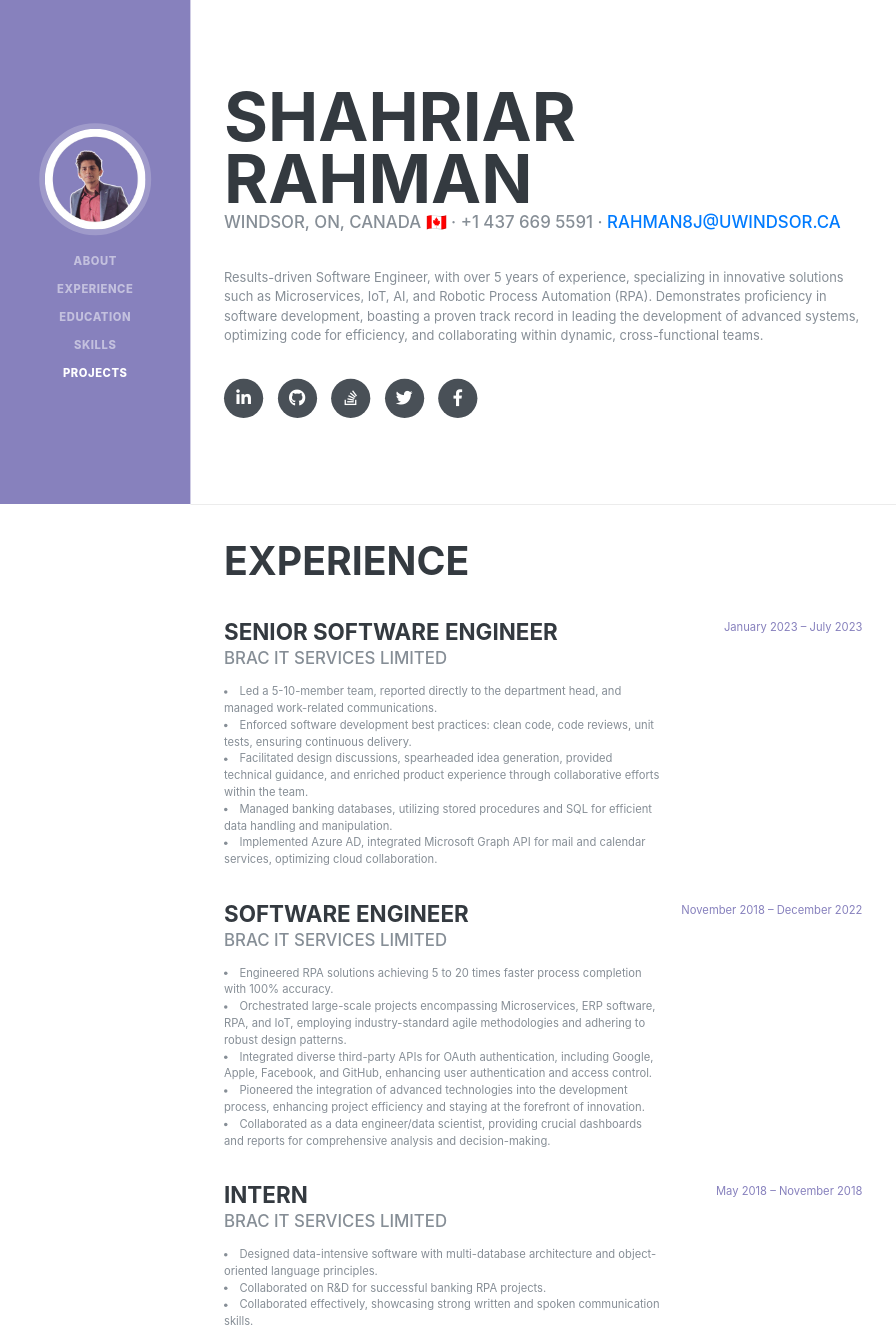
Repository: xahin96/xahin96.github.io
Page: index.html
These files come from the project's save history. The page is drawn as it stood at one moment and after the next save; the edit follows.
The browser window is 1280 px wide. The pictures show the part of the page from y = 0 to 1920 px (the page is 5317 px tall), at 70% of full size.
Some web fonts or font styles are not loaded; a fallback is used.

Above is the page before, as saved 2024-04-27 12:14:30.

### index.html
<!DOCTYPE html>
<html lang="en">

<head>

  <meta charset="utf-8">
  <meta name="viewport" content="width=device-width, initial-scale=1, shrink-to-fit=no">
  <meta name="description" content="">
  <meta name="author" content="">

  <title>Shahriar Rahman</title>
  <link rel="icon" type="image/x-icon" href="img/profile.png">


  <!-- Bootstrap core CSS -->
  <link href="vendor/bootstrap/css/bootstrap.min.css" rel="stylesheet">

  <!-- Custom fonts for this template -->
  <link href="https://fonts.googleapis.com/css?family=Saira+Extra+Condensed:500,700" rel="stylesheet">
  <link href="https://fonts.googleapis.com/css?family=Muli:400,400i,800,800i" rel="stylesheet">
  <link href="vendor/fontawesome-free/css/all.min.css" rel="stylesheet">

  <!-- Custom styles for this template -->
  <link href="css/resume.min.css" rel="stylesheet">

</head>

<body id="page-top">

  <nav class="navbar navbar-expand-lg navbar-dark bg-primary fixed-top" id="sideNav">
    <a class="navbar-brand js-scroll-trigger" href="#page-top">
      <span class="d-block d-lg-none">Shahriar Rahman</span>
      <span class="d-none d-lg-block">
        <img class="img-fluid img-profile rounded-circle mx-auto mb-2" src="img/profile.jpg" alt="">
      </span>
    </a>
    <button class="navbar-toggler" type="button" data-toggle="collapse" data-target="#navbarSupportedContent" aria-controls="navbarSupportedContent" aria-expanded="false" aria-label="Toggle navigation">
      <span class="navbar-toggler-icon"></span>
    </button>
    <div class="collapse navbar-collapse" id="navbarSupportedContent">
      <ul class="navbar-nav">
        <li class="nav-item">
          <a class="nav-link js-scroll-trigger" href="#about">About</a>
        </li>
        <li class="nav-item">
          <a class="nav-link js-scroll-trigger" href="#experience">Experience</a>
        </li>
        <li class="nav-item">
          <a class="nav-link js-scroll-trigger" href="#education">Education</a>
        </li>
        <li class="nav-item">
          <a class="nav-link js-scroll-trigger" href="#skills">Skills</a>
        </li>
        <li class="nav-item">
          <a class="nav-link js-scroll-trigger" href="#projects">Projects</a>
        </li>
        <!-- <li class="nav-item">
          <a class="nav-link js-scroll-trigger" href="#interests">Interests</a>
        </li> -->
       <!--  <li class="nav-item">
          <a class="nav-link js-scroll-trigger" href="#awards">Achievements</a>
        </li> -->
      </ul>
    </div>
  </nav>

  <div class="container-fluid p-0">

    <section class="resume-section p-3 p-lg-5 d-flex align-items-center" id="about">
      <div class="w-100">
        <h1 class="mb-0">Shahriar
          <span class="mb-0">Rahman</span>
        </h1>
        <div class="subheading mb-5">Windsor, ON, Canada 🇨🇦 · +1 437 669 5591 ·
          <a href="mailto:shahriar.rahmanzahin@gmail.com">rahman8j@uwindsor.ca</a>
        </div>
        <p class="lead mb-5">Results-driven Software Engineer, with over 5 years of experience, specializing in innovative solutions such as Microservices, IoT, AI, and Robotic Process Automation (RPA). Demonstrates proficiency in software development, boasting a proven track record in leading the development of advanced systems, optimizing code for efficiency, and collaborating within dynamic, cross-functional teams.</p>
        <div class="social-icons">
          <a href="https://www.linkedin.com/in/shahriar-rahman-zahin">
            <i class="fab fa-linkedin-in"></i>
          </a>
          <a href="https://github.com/xahin96">
            <i class="fab fa-github"></i>
          </a>
          <a href="https://stackoverflow.com/users/5947007/shahriar-rahman-zahin">
            <i class="fab fa-stack-overflow"></i>
          </a>
          <a href="https://twitter.com/xahin96">
            <i class="fab fa-twitter"></i>
          </a>
          <a href="https://www.facebook.com/shahriar.xahin">
            <i class="fab fa-facebook-f"></i>
          </a>
        </div>
      </div>
    </section>

    <hr class="m-0">

    <section class="resume-section p-3 p-lg-5 d-flex justify-content-center" id="experience">
      <div class="w-100">
        <h2 class="mb-5">Experience</h2>

        <div class="resume-item d-flex flex-column flex-md-row justify-content-between mb-5">
          <div class="resume-content">
            <h3 class="mb-0">Senior Software Engineer</h3>
            <div class="subheading mb-3">BRAC IT Services Limited</div>
            <li>Led a 5-10-member team, reported directly to the department head, and managed work-related communications.</li>
            <li>Enforced software development best practices: clean code, code reviews, unit tests, ensuring continuous delivery.</li>
            <li>Facilitated design discussions, spearheaded idea generation, provided technical guidance, and enriched product experience through collaborative efforts within the team.</li>
            <li>Managed banking databases, utilizing stored procedures and SQL for efficient data handling and manipulation.</li>
            <li>Implemented Azure AD, integrated Microsoft Graph API for mail and calendar services, optimizing cloud collaboration.</li>
          </div>
          <div class="resume-date text-md-right">
            <span class="text-primary">January 2023 – July 2023</span>
          </div>
        </div>

        <div class="resume-item d-flex flex-column flex-md-row justify-content-between mb-5">
          <div class="resume-content">
            <h3 class="mb-0">Software Engineer</h3>
            <div class="subheading mb-3">BRAC IT Services Limited</div>
            <li>Engineered RPA solutions achieving 5 to 20 times faster process completion with 100% accuracy.</li>
            <li>Orchestrated large-scale projects encompassing Microservices, ERP software, RPA, and IoT, employing industry-standard agile methodologies and adhering to robust design patterns.</li>
            <li>Integrated diverse third-party APIs for OAuth authentication, including Google, Apple, Facebook, and GitHub, enhancing user authentication and access control.</li>
            <li>Pioneered the integration of advanced technologies into the development process, enhancing project efficiency and staying at the forefront of innovation.</li>
            <li>Collaborated as a data engineer/data scientist, providing crucial dashboards and reports for comprehensive analysis and decision-making.</li>
          </div>
          <div class="resume-date text-md-right">
            <span class="text-primary">November 2018 – December 2022</span>
          </div>
        </div>

        <div class="resume-item d-flex flex-column flex-md-row justify-content-between mb-5">
          <div class="resume-content">
            <h3 class="mb-0">Intern</h3>
            <div class="subheading mb-3">BRAC IT Services Limited</div>
            <li>Designed data-intensive software with multi-database architecture and object-oriented language principles.</li>
            <li>Collaborated on R&D for successful banking RPA projects.</li>
            <li>Collaborated effectively, showcasing strong written and spoken communication skills.
            </li>
          </div>
          <div class="resume-date text-md-right">
            <span class="text-primary">May 2018 – November 2018</span>
          </div>
        </div>

      </div>
    </section>

    <hr class="m-0">

    <section class="resume-section p-3 p-lg-5 d-flex align-items-center" id="education">
      <div class="w-100">
        <h2 class="mb-5">Education</h2>

        <div class="resume-item d-flex flex-column flex-md-row justify-content-between mb-3">
          <div class="resume-content">
            <h3 class="mb-0">University of Windsor</h3>
            <div class="subheading mb-2">M.Sc.</div>
            <div>Master of Applied Computing</div>
          </div>
          <div class="resume-date text-md-right">
            <span class="text-primary">September 2023 - December 2024</span>
          </div>
        </div>

        <!-- <div class="resume-item d-flex flex-column flex-md-row justify-content-between mb-3">
          <div class="resume-content">
            <h3 class="mb-0">Jahangirnagar University Bangladesh</h3>
            <div class="subheading mb-2"> M.Sc.</div>
            <div>Computer Science and Engineering</div>
            <p>CGPA: 3.88/4.00</p>
          </div>
          <div class="resume-date text-md-right">
            <span class="text-primary">January 2015 - December 2018</span>
          </div>
        </div> -->

        <div class="resume-item d-flex flex-column flex-md-row justify-content-between mb-3">
          <div class="resume-content">
            <h3 class="mb-0">American International University Bangladesh</h3>
            <div class="subheading mb-2">B.Sc.</div>
            <div>Computer Science and Engineering</div>
            <p>CGPA: 3.88/4.00</p>
          </div>
          <div class="resume-date text-md-right">
            <span class="text-primary">January 2015 - December 2018</span>
          </div>
        </div>

        <!-- <div class="resume-item d-flex flex-column flex-md-row justify-content-between mb-3">
          <div class="resume-content">
            <h3 class="mb-0">Dhaka Imperial College, Bangladesh</h3>
            <div class="subheading mb-2">Higher Secondary School Certificate</div>
            <p>GPA: 5.00/5.00</p>
          </div>
          <div class="resume-date text-md-right">
            <span class="text-primary">April 2012 - April 2014</span>
          </div>
        </div> -->

        <!-- <div class="resume-item d-flex flex-column flex-md-row justify-content-between">
          <div class="resume-content">
            <h3 class="mb-0">Bangladesh International School & College Riyadh, Saudi Arabia</h3>
            <div class="subheading mb-2">Secondary School Certificate</div>
            <p>GPA: 4.88/5.00</p>
          </div>
          <div class="resume-date text-md-right">
            <span class="text-primary">January 2007 - April 2012</span>
          </div>
        </div> -->

      </div>
    </section>

    <hr class="m-0">

    <section class="resume-section p-3 p-lg-5 d-flex align-items-center" id="skills">
      <div class="w-100">
        <h2 class="mb-5">Skills</h2>

        <div class="subheading mb-3">Programming Languages &amp; Tools</div>
        <ul class="list-inline dev-icons">
          <li class="list-inline-item">
            <h3>Python</h3>
          </li>
          <li class="list-inline-item">
            <h3>Django</h3>
          </li>
          <li class="list-inline-item">
            <h3>Django REST Framework</h3>
          </li>
          <li class="list-inline-item">
            <h3>ASP.NET</h3>
          </li>
          <li class="list-inline-item">
            <h3>ASP.NET Core</h3>
          </li>
          <li class="list-inline-item">
            <h3>React</h3>
          </li>
          <li class="list-inline-item">
            <h3>Angular</h3>
          </li>
        </ul>

        <br>

        <div class="subheading mb-3">Interests</div>
        <ul class="fa-ul mb-0">
          <li>
            <i class="fa-li fa fa-check"></i>
          Web Development</li>
          <li>
            <i class="fa-li fa fa-check"></i>
          Robotic Process Automation</li>
          <li>
            <i class="fa-li fa fa-check"></i>
          Machine Learning</li>
          <li>
            <i class="fa-li fa fa-check"></i>
          Data Mining</li>
        </ul>
      </div>
    </section>

    <hr class="m-0">

    <section class="resume-section p-3 p-lg-5 d-flex align-items-center project" id="projects">
      <div class="w-100">
        <h2 class="mb-5">Projects</h2>
        <hr>
        <div class="row">
          <div class="col-sm-12 col-md-6 mb-4">
            <div class="card p-3">
              <!-- <img class="mb-4" class="card-img-top" src="https://picsum.photos/id/237/200/300" alt="Card image cap"> -->
              <div style="background-color:rgb(255, 255, 255)">
                <h3 class="mb-0">Keeper</h3>
                <p class="lead mb-5">
                    Warranty managemet application for your products. It will help you manage all your product with warraties and smartly reminding you about the expiry date.
                </p>
                <h4>Technology Used</h4>
                <li>Python</li>
                <li>Django</li>
                <li>Django REST Framework</li>
                <div><h5>   &nbsp;</h5>   </div>
                <h5>Product link:</h5> <p><a href="/">Will be available on Play Store and Apple App Store soon</a></p>
              </div>
            </div>
          </div>
          <div class="col-sm-12 col-md-6 mb-4">
            <div class="card p-3">
              <!-- <img class="mb-4" class="card-img-top" src="https://picsum.photos/id/237/200/300" alt="Card image cap"> -->
              <div style="background-color:rgb(255, 255, 255)">
                <h3 class="mb-0">Atwork</h3>
                <p class="lead mb-5">
                    Smart meeting management system for your company. It will help you manage your meetings, schedule them, generate notice or summary along with agenda summary for
                    easier maintenance.
                </p>
                <h4>Technology Used</h4>
                <li>Python</li>
                <li>Django</li>
                <li>Django REST Framework</li>
                <li>Angular</li>
                <li>Typescript</li>
                <div><h5>   &nbsp;</h5>   </div>
                <h5>Product link:</h5> <p><a href="https://www.bracits.com/product/meeting-atwork">https://www.bracits.com/product/meeting-atwork</a></p>
              </div>
            </div>
          </div>
          <div class="col-sm-12 col-md-6 mb-4">
            <div class="card p-3">`
              <!-- <img class="mb-4" class="card-img-top" src="https://picsum.photos/id/237/200/300" alt="Card image cap"> -->
              <div style="background-color:rgb(255, 255, 255)">
                <h3 class="mb-0">Eye Tracker With Blink Detection</h3>
                <p class="lead mb-5">
                    This python application can detect eye of user sitting in front of webcam. Tracking the eye center or Iris the program
                    can detect where the user is looking at on the PC screen as well as when the user is blinking. This project was used in
                    my thesis - Controlling Multimedia Player With Eye Gaze Using Webcam.
                </p>
                <h4>Technology Used</h4>
                <li>Python</li>
                <li>OpenCV</li>
                <div><h5>   &nbsp;</h5>   </div>
                <h5>Publication link:</h5> <p><a href="https://ieeexplore.ieee.org/document/8644103">https://ieeexplore.ieee.org/document/8644103</a></p>
              </div>
            </div>
          </div>
          <div class="col-sm-12 col-md-6 mb-4">
            <div class="card p-3">
              <div style="background-color:rgb(255, 255, 255)">
                <h3 class="mb-0">Credit Card Creation Process Automation</h3>
                <p class="lead mb-5">
                  This automation program automates a full card processing system which requires 3 different applications.
                  It fills up forms of 3 different application and completes a full process 5 times faster than human.
                </p>
                <h4>Technology Used</h4>
                <li>Python</li>
                <li>SQL Server</li>
                <div><h5>   &nbsp;</h5>   </div>
                <h5>Project link:</h5> Confidential banking project.
              </div>
            </div>
          </div>
          <div class="col-sm-12 col-md-6 mb-4">
            <div class="card p-3">
              <div style="background-color:rgb(255, 255, 255)">
                <h3 class="mb-0">Parker</h3>
                <p class="lead mb-5">
                  This application is used for web automation. It is built specially for a website so that any human repetitive task on that website can be automated easily.
                </p>
                <h4>Technology Used</h4>
                <li>ASP.NET MVC</li>
                <li>SQL Server</li>
                <li>ADO.NET</li>
                <li>Bootstrap</li>
                <li>JQuery</li>
                <li>Selenium</li>
                <div><h5>   &nbsp;</h5>   </div>
                <h5>Project link:</h5> Confidential banking project.
            </div>
            </div>
          </div>
          <div class="col-sm-12 col-md-6 mb-4">
            <div class="card p-3">
              <div style="background-color:rgb(255, 255, 255)">
                <h3 class="mb-0">PDF Extractor</h3>
                <p class="lead mb-5">
                  This application is used for extracting data from complex PDF tables and saving them in database for easy data analysis.
                </p>
                <h4>Technology Used</h4>
                <li>Python</li>
                <li>SQL Server</li>
                <div><h5>   &nbsp;</h5>   </div>
                <h5>Project link:</h5> Confidential banking project.
              </div>
            </div>
          </div>
          <!-- <div class="col-sm-12 col-md-6 mb-4">
            <div class="card p-3">
              <div style="background-color:rgb(255, 255, 255)">
                <h3 class="mb-0">Insurance Company Management</h3>
                <p class="lead mb-5">
                  This application is used for managing different tasks of an insurance company. Employees can issue for accident entry and towing
                  car entries etc.
                </p>
                <h4>Technology Used</h4>
                <li>PHP</li>
                <li>Vanilla JS</li>
                <li>Oracle</li>
                <div><h5>   &nbsp;</h5>   </div>
                <h5>Project link:</h5> <p><a href="https://github.com/xahin96/Insurance_Company_management">https://github.com/xahin96/Insurance_Company_management</a></p>
            </div>
            </div>
          </div> -->
          <!-- <div class="col-sm-12 col-md-6 mb-4">
            <div class="card p-3">
            <div style="background-color:rgb(255, 255, 255)">
              <h3 class="mb-0">Urban City Scenario</h3>
              <p class="lead mb-5">
                Simple 2d scenario animation made with OpenGL C++
              </p>
              <h4>Technology Used</h4>
              <li>OpenGL</li>
              <li>C++</li>
              <div><h5>   &nbsp;</h5>   </div>
              <h5>Project link:</h5> <p><a href="https://github.com/xahin96/Urban_city_scenario">https://github.com/xahin96/Urban_city_scenario</a></p>
            </div>
            </div>
          </div> -->
          <!-- <div class="col-sm-12 col-md-6 mb-4">
            <div class="card p-3">
              <div style="background-color:rgb(255, 255, 255)">
                <h3 class="mb-0">Catch The Egg</h3>
                <p class="lead mb-5">
                  Simple fun 2d game. Eggs are falling from sky catch as much as you can.
                </p>
                <h4>Technology Used</h4>
                <li>Java</li>
                <div><h5>   &nbsp;</h5>   </div>
                <h5>Project link:</h5> <p><a href="https://github.com/xahin96/CatcTheEgg">https://github.com/xahin96/CatcTheEgg</a></p>
              </div>
            </div>
          </div> -->
          <!-- <div class="col-sm-12 col-md-6 mb-4">
            <div class="card p-3">
              <div style="background-color:rgb(255, 255, 255)">
                <h3 class="mb-0">Mobile Banking App</h3>
                <p class="lead mb-5">
                  Mobile banking app for using transaction functionality from phone.
                </p>
                <h4>Technology Used</h4>
                <li>C#</li>
                <li>SQL Server</li>
                <div><h5>   &nbsp;</h5>   </div>
                <h5>Project link:</h5> <p><a href="https://github.com/xahin96/MobileBanking">https://github.com/xahin96/MobileBanking</a></p>
              </div>
            </div>
          </div> -->
          <!-- <div class="col-sm-12 col-md-6 mb-4">
            <div class="card p-3">
              <div style="background-color:rgb(255, 255, 255)">
                <h3 class="mb-0">Kine Felun</h3>
                <p class="lead mb-5">
                  Online shopping application where user can add products for selling.
                </p>
                <h4>Technology Used</h4>
                <li>PHP</li>
                <li>Vanilla JS</li>
                <li>Oracle</li>
                <div><h5>   &nbsp;</h5>   </div>
                <h5>Project link:</h5> <p><a href="https://github.com/xahin96/Kine-Felun">https://github.com/xahin96/Kine-Felun</a></p>
              </div>
            </div>
          </div>  -->
      </div>

      </div>
    </section>

            <hr class="m-0">

  </div>

  <!-- Bootstrap core JavaScript -->
  <script src="vendor/jquery/jquery.min.js"></script>
  <script src="vendor/bootstrap/js/bootstrap.bundle.min.js"></script>

  <!-- Plugin JavaScript -->
  <script src="vendor/jquery-easing/jquery.easing.min.js"></script>

  <!-- Custom scripts for this template -->
  <script src="js/resume.min.js"></script>

</body>
</html>

Loaded but not shown: vendor/bootstrap/css/bootstrap.min.css (library); vendor/fontawesome-free/css/all.min.css (library); css/resume.min.css (library); vendor/jquery/jquery.min.js (library); vendor/bootstrap/js/bootstrap.bundle.min.js (library); vendor/jquery-easing/jquery.easing.min.js (common file); js/resume.min.js (common file)

After the next save:
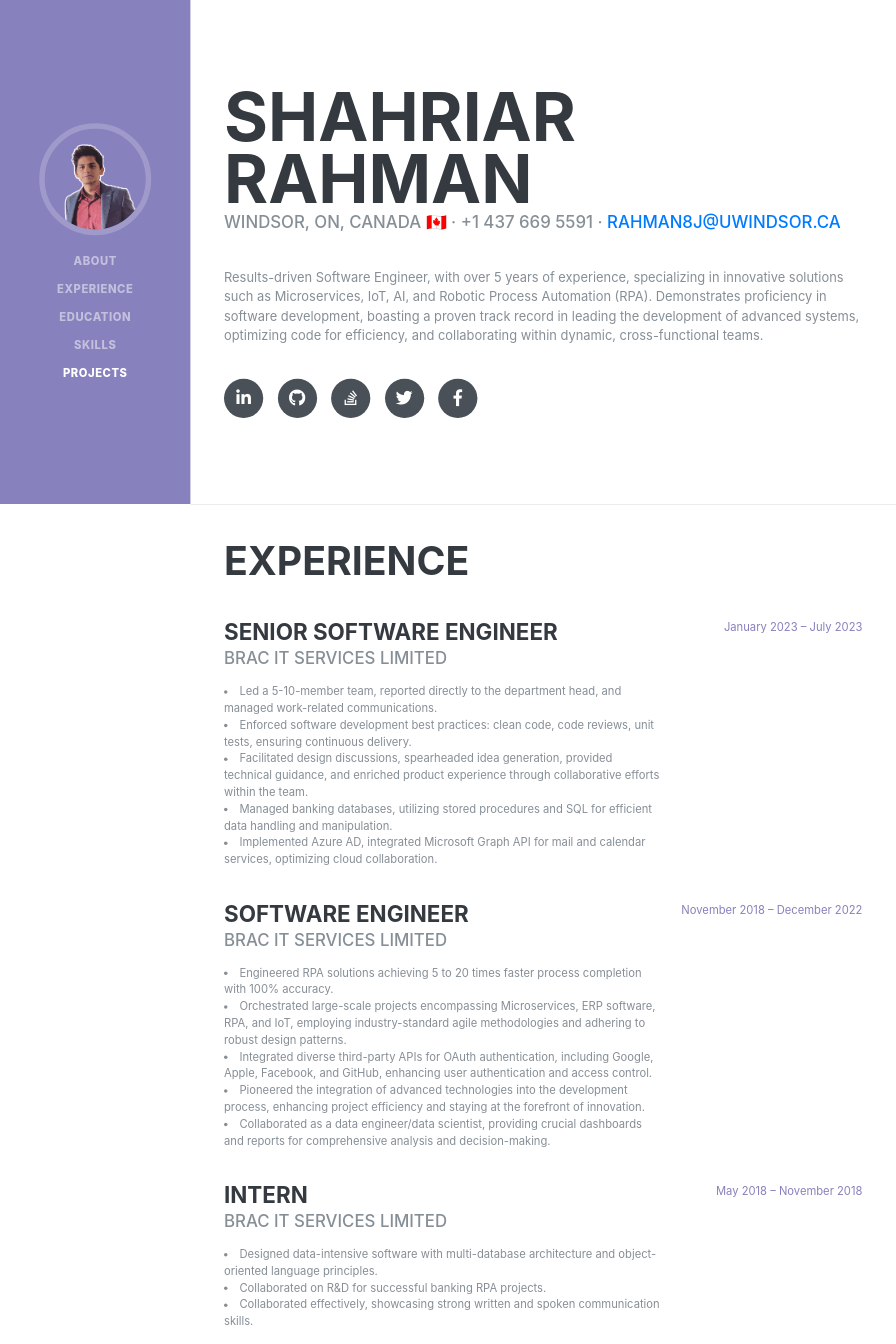
Saved 42 s later.
--- a/index.html
+++ b/index.html
@@ -31,7 +31,7 @@
     <a class="navbar-brand js-scroll-trigger" href="#page-top">
       <span class="d-block d-lg-none">Shahriar Rahman</span>
       <span class="d-none d-lg-block">
-        <img class="img-fluid img-profile rounded-circle mx-auto mb-2" src="img/profile.jpg" alt="">
+        <img class="img-fluid img-profile rounded-circle mx-auto mb-2" src="img/profile.png" alt="">
       </span>
     </a>
     <button class="navbar-toggler" type="button" data-toggle="collapse" data-target="#navbarSupportedContent" aria-controls="navbarSupportedContent" aria-expanded="false" aria-label="Toggle navigation">
